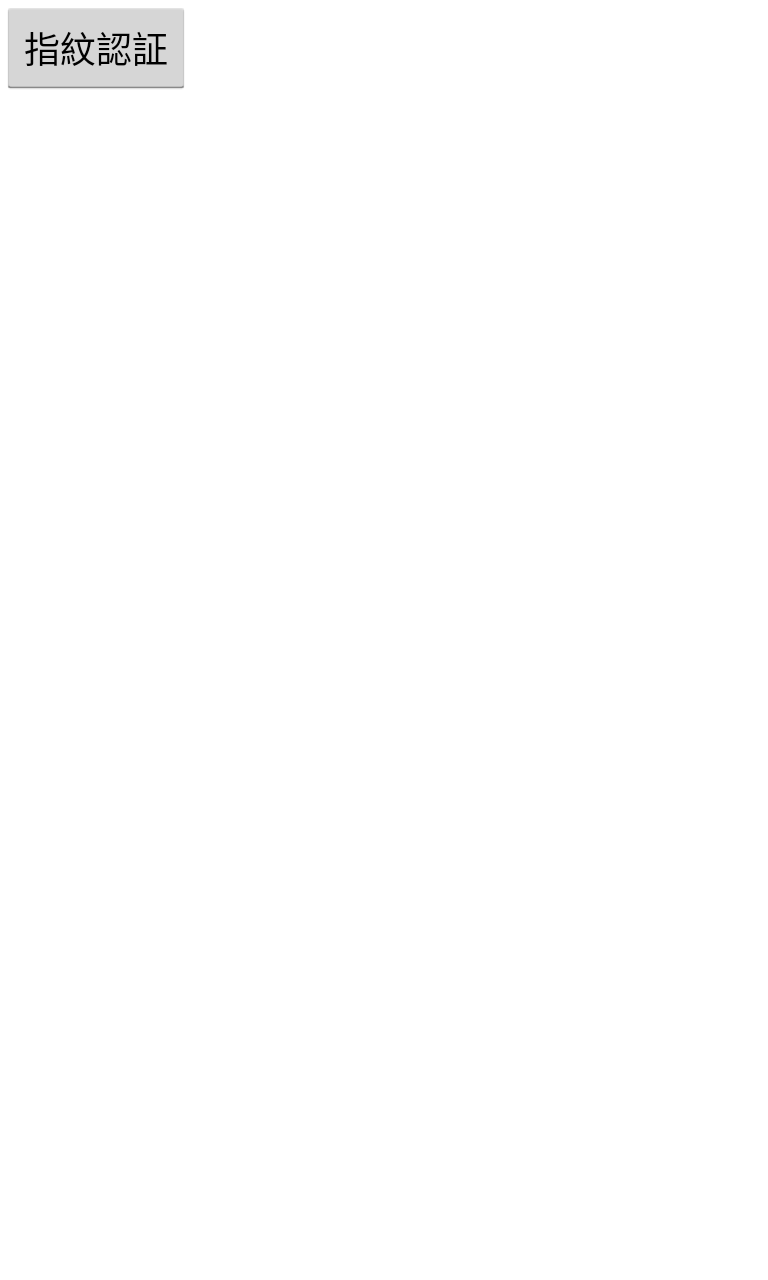
Repository: takuito/app_test
Layout: FiSBA/res/layout/Scan.xml
An editor plug-in stored every save of this project. The layout is shown before and after the next save, followed by the edit.
It is drawn on a 768 x 1280 px phone screen (xhdpi) without system bars, with theme AppTheme; the app's code is not run.

Above is the layout before, as saved 2013-11-28 14:04:43.

### FiSBA/res/layout/Scan.xml
<?xml version="1.0" encoding="utf-8"?>
<LinearLayout xmlns:android="http://schemas.android.com/apk/res/android"
    android:orientation="vertical"
    android:layout_width="fill_parent"
    android:layout_height="fill_parent"
    >

    <Button
        android:id="@+id/btnScan"
        android:layout_width="wrap_content"
        android:layout_height="wrap_content"
        android:text="@string/fingerprint_authentication"/>


</LinearLayout>

### FiSBA/res/values/strings.xml
<?xml version="1.0" encoding="utf-8"?>
<resources>

    <string name="app_name">FiSBA</string>
    <string name="action_settings">Settings</string>
    <string name="hello_world">Hello world!</string>

    <string name="fingerprint_authentication">指紋認証</string>
    <string name="data_administration">データ管理</string>



</resources>

Loaded but not shown: FiSBA/res/values/styles.xml (common file); FiSBA/res/values-v11/styles.xml (common file); FiSBA/res/values-v14/styles.xml (common file)

After the next save:
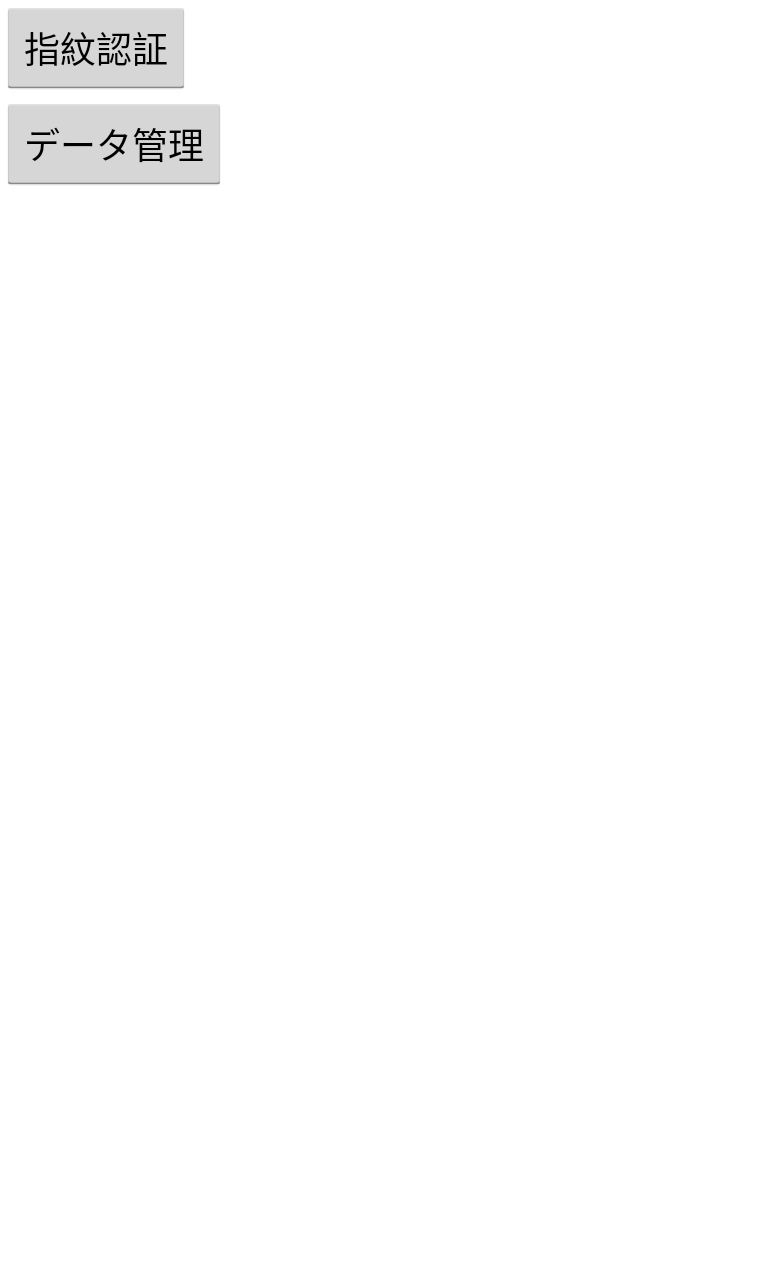
Saved 37 s later.
--- a/FiSBA/res/layout/Scan.xml
+++ b/FiSBA/res/layout/Scan.xml
@@ -9,7 +9,14 @@
         android:id="@+id/btnScan"
         android:layout_width="wrap_content"
         android:layout_height="wrap_content"
-        android:text="@string/fingerprint_authentication"/>
+        android:text="@string/fingerprint_authentication"
+        />
+    <Button
+        android:id="@+id/btnData"
+        android:layout_width="wrap_content"
+        android:layout_height="wrap_content"
+        android:text="@string/data_administration"
+        />
 
 
 </LinearLayout>
